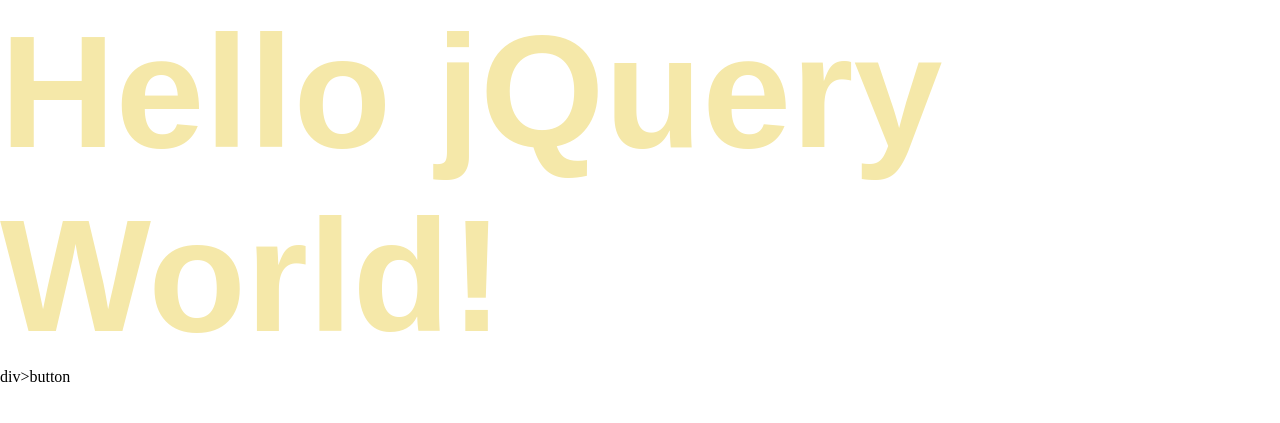
Repository: doncsar/yu-frontend-bootcamp
Page: 18-jQuery/index.html
An editor plug-in stored every save of this project. The page is shown before and after the next save, followed by the edit.
The browser window is 1280 px wide. The pictures show the whole page.

Above is the page before, as saved 2024-01-28 14:48:37.

### 18-jQuery/index.html
<!DOCTYPE html>
<html lang="en">
   <head>
      <meta charset="UTF-8" />
      <meta name="viewport" content="width=device-width, initial-scale=1.0" />
      <link rel="stylesheet" href="style.css" />
      <script src="script.js" defer></script>
      <link
      rel="apple-touch-icon"
      sizes="180x180"
      href="apple-touch-icon.png"
      />
      <link
      rel="icon"
      type="image/png"
      sizes="32x32"
      href="favicon-32x32.png"
      />
      <link
      rel="icon"
      type="image/png"
      sizes="16x16"
      href="favicon-16x16.png"
      />
      <title>jQuery</title>
   </head>
   <body>
      <h1>Hello jQuery World!</h1>
      div>button
      <script
         src="https://ajax.googleapis.com/ajax/libs/jquery/3.7.1/jquery.min.js"
      ></script>
   </body>
   </html>

### 18-jQuery/style.css
*{
   box-sizing: border-box;
   margin: 0;
   padding: 0;
}

.big-title {
   font-size: 10rem;
   color: #f5e8a9;
   font-family: sans-serif;
}

### 18-jQuery/script.js
$('h1').addClass('big-title')

After the next save:
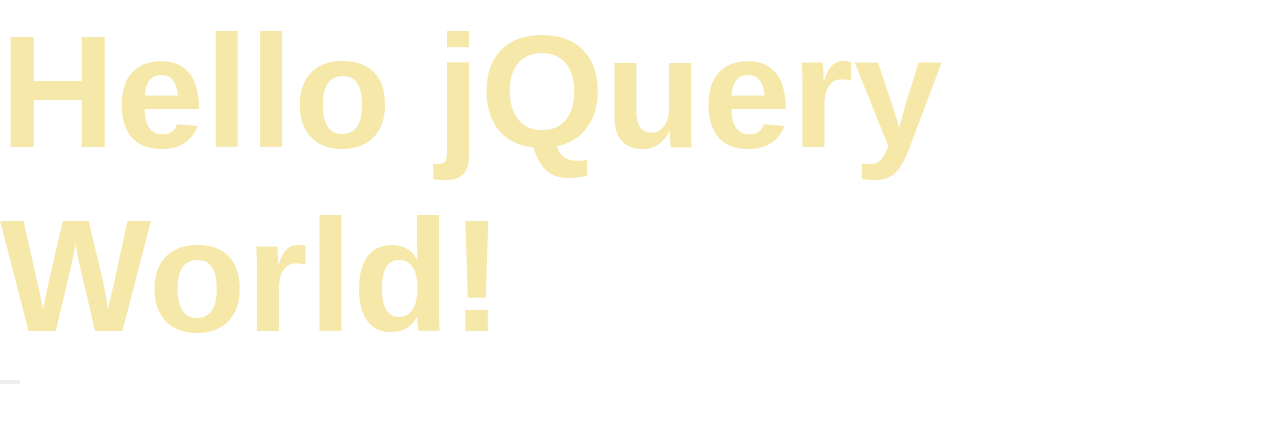
Saved 4 s later.
--- a/18-jQuery/index.html
+++ b/18-jQuery/index.html
@@ -26,7 +26,7 @@
    </head>
    <body>
       <h1>Hello jQuery World!</h1>
-      div>button
+      <div><button></button><button></button><button></button><button></button><button></button></div>
       <script
          src="https://ajax.googleapis.com/ajax/libs/jquery/3.7.1/jquery.min.js"
       ></script>
